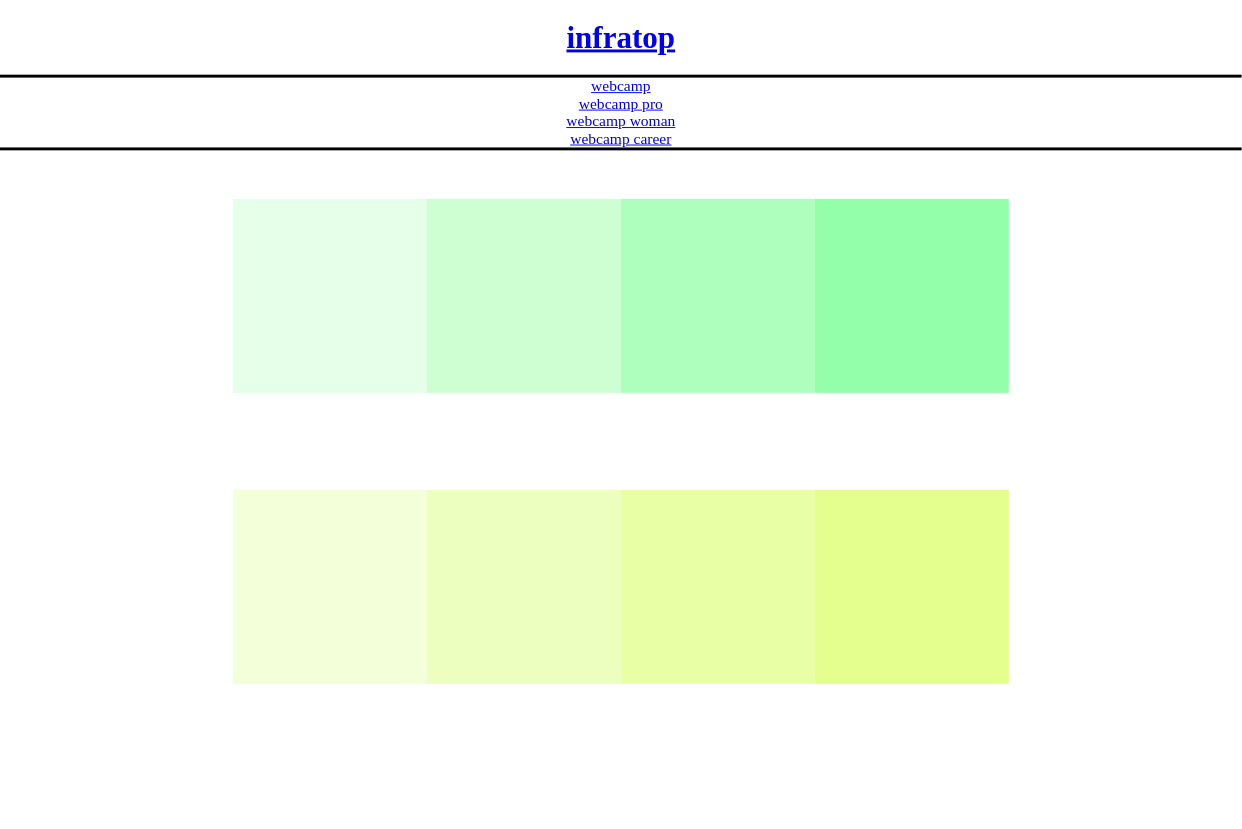
Repository: hayase-m/Webcamp
Page: chapter5/chapter5.html
The author's editor kept a record of every edit. The page is drawn from the files as they stood at one moment, then again after the next edit.
The browser window is 1280 px wide. The pictures show the whole page, at 97% of full size.

Above is the page before.

After the next edit:
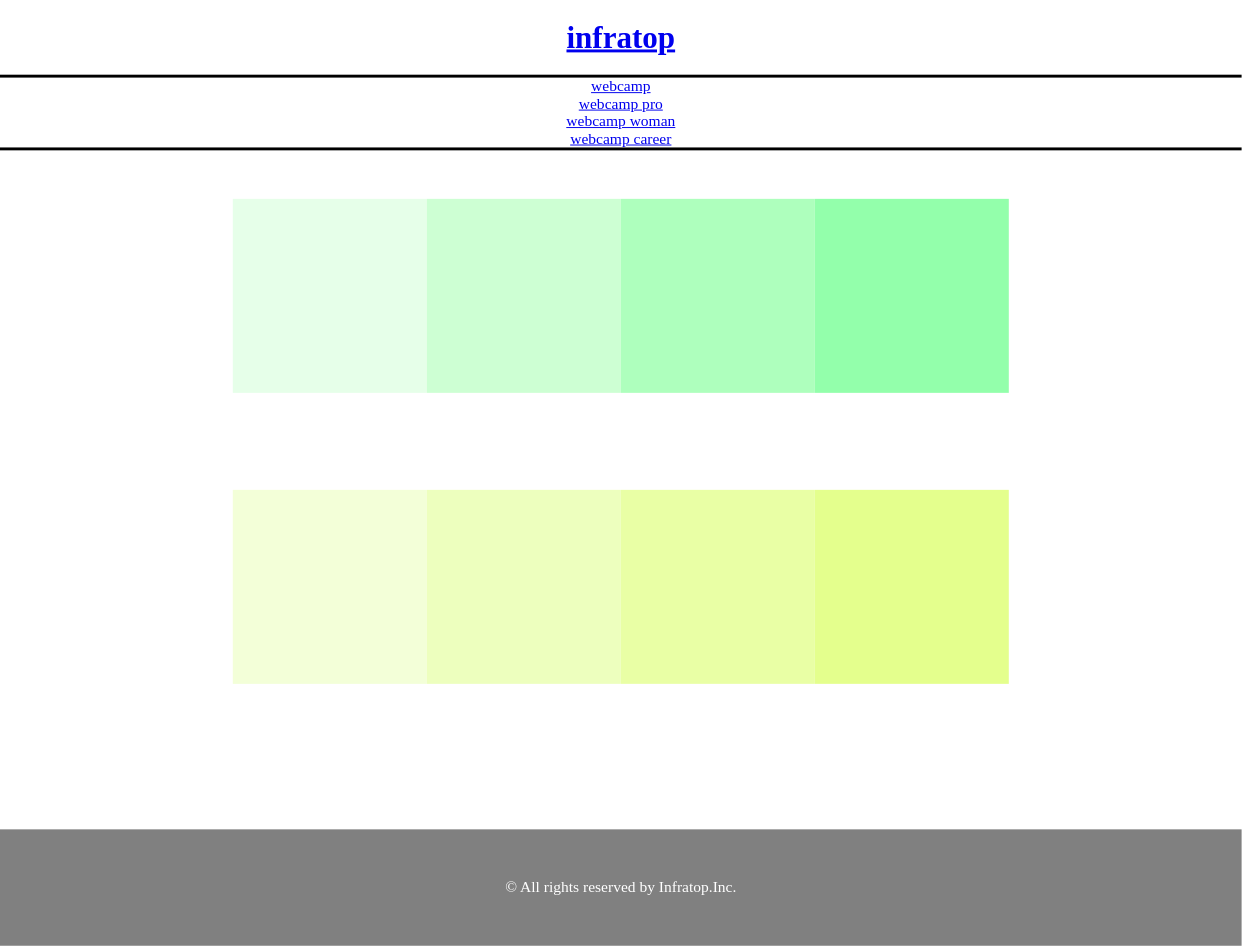
The edit:
--- a/chapter5/chapter5.html
+++ b/chapter5/chapter5.html
@@ -32,7 +32,9 @@
     <div class="box8"></div>
   </main>
 
-
+<footer>
+  <p class="footer-text">© All rights reserved by Infratop.Inc.</p>
+</footer>
 
 </body>
 </html>
